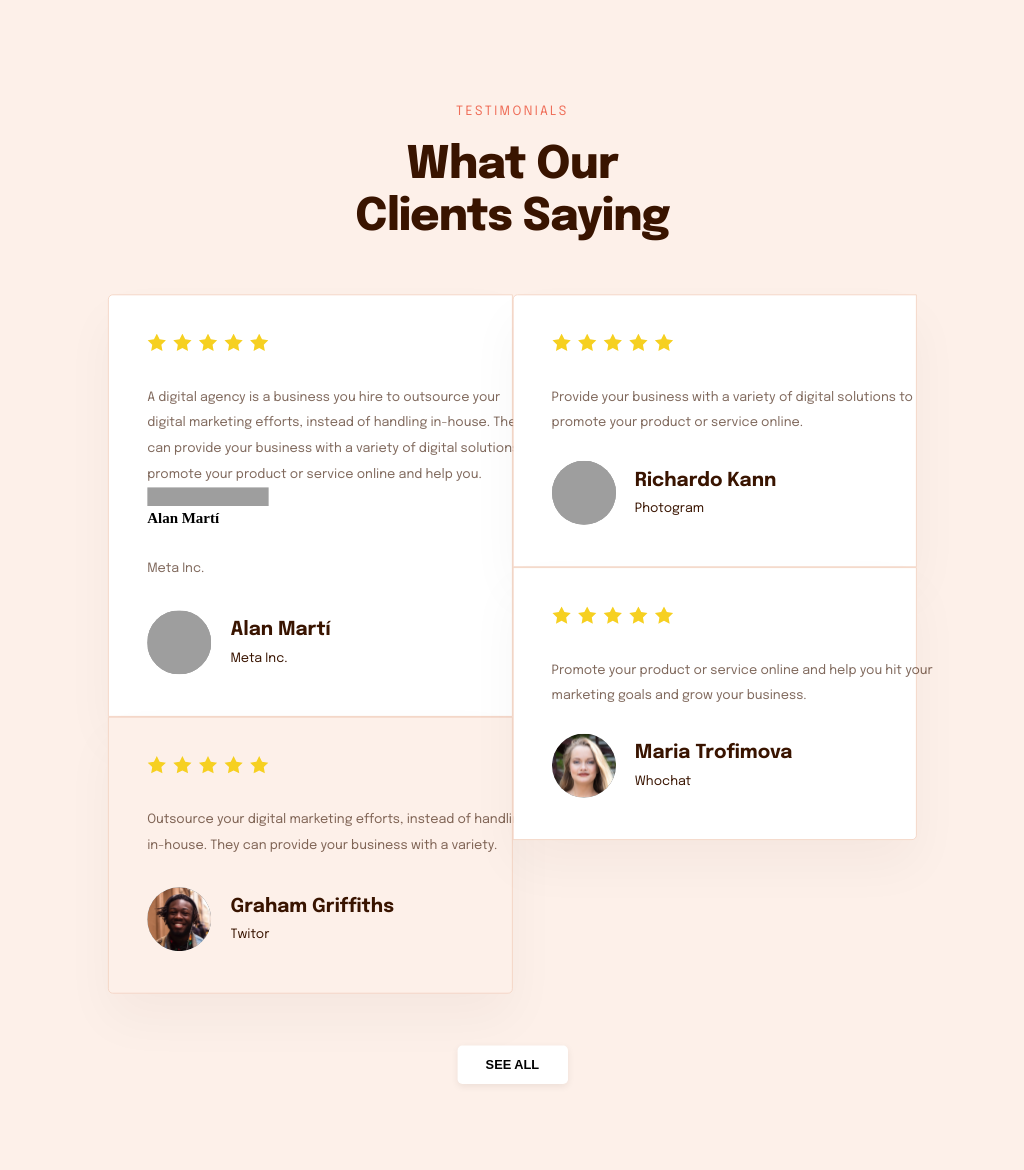
Repository: NatiqSamiyev/image-task
Page: aboutPage/index.html
An editor plug-in stored every save of this project. The page is shown before and after the next save, followed by the edit.
The browser window is 1280 px wide. The pictures show the whole page, at 80% of full size.
Pictures or frames that could not be fetched are drawn as grey boxes.

Above is the page before, as saved 2023-08-28 15:16:10.

### aboutPage/index.html
<!DOCTYPE html>
<html lang="en">
  <head>
    <meta charset="UTF-8" />
    <meta name="viewport" content="width=device-width, initial-scale=1.0" />
    <title>Document</title>
    <link rel="stylesheet" href="./index.css" />
  </head>
  <body>
    <div class="about-page-container">
      <div class="text-box">
        <h1>Testimonials</h1>

        <h2>What Our Clients Saying</h2>
      </div>

      <div class="image-box">
        <div class="left">
          <div class="box">
            <div class="top-box">
              <img src="../image/star (1).svg" alt="" />
              <p>
                A digital agency is a business you hire to outsource your
                digital marketing efforts, instead of handling in-house. They
                can provide your business with a variety of digital solutions to
                promote your product or service online and help you.
              </p>
            </div>
            <div class="bottom-box">
              <img src="../image/Oval.svg" alt="" />
              <div class="user-info">
                <h3>Alan Martí</h3>
                <p>Meta Inc.</p>
              </div>
            </div>

            <ul>
              <li class="first-child">
                <img src="../image/Oval.svg" alt="" />
              </li>

              <li class="last-child">
                <h3>Alan Martí</h3>
                <p>Meta Inc.</p>
              </li>
            </ul>
          </div>

          <div class="box">
            <div>
              <img src="../image/star (1).svg" alt="" />
              <p>
                Outsource your digital marketing efforts, instead of handling
                in-house. They can provide your business with a variety.
              </p>
            </div>

            <ul>
              <li class="first-child">
                <img src="../image/Oval (1).svg" alt="" />
              </li>

              <li class="last-child">
                <h3>Graham Griffiths</h3>
                <p>Twitor</p>
              </li>
            </ul>
          </div>
        </div>

        <div class="right">
          <div class="box">
            <div>
              <img src="../image/star (1).svg" alt="" />
              <p>
                Provide your business with a variety of digital solutions to
                promote your product or service online.
              </p>
            </div>

            <ul>
              <li class="first-child">
                <img src="../image/Oval.svg" alt="" />
              </li>

              <li class="last-child">
                <h3>Richardo Kann</h3>
                <p>Photogram</p>
              </li>
            </ul>
          </div>

          <div class="box">
            <div>
              <img src="../image/star (1).svg" alt="" />
              <p>
                Promote your product or service online and help you hit your
                marketing goals and grow your business.
              </p>
            </div>

            <ul>
              <li class="first-child">
                <img src="../image/Oval (3).svg" alt="" />
              </li>

              <li class="last-child">
                <h3>Maria Trofimova</h3>
                <p>Whochat</p>
              </li>
            </ul>
          </div>
        </div>
      </div>

      <div class="bottom">
        <button>SEE ALL</button>
      </div>
    </div>
  </body>
</html>

### aboutPage/index.css
@import url("https://fonts.googleapis.com/css2?family=Epilogue:wght@400;700;800&family=Roboto+Slab:wght@700&family=Roboto:wght@400;700&display=swap");
* {
  margin: 0;
  padding: 0;
  box-sizing: border-box;
}

.about-page-container {
  width: 100%;
  padding: 124px 134px 108px 135px;
  background-color: #fdf0e9;
  min-height: 100vh;
}

.about-page-container .text-box h1 {
  margin-bottom: 20px;
  color: var(--text-dark-accent, #ef6d58);
  text-align: center;
  font-feature-settings: "clig" off, "liga" off;
  font-family: Epilogue;
  font-size: 16px;
  font-style: normal;
  font-weight: 400;
  line-height: 32px;
  letter-spacing: 3px;
  text-transform: uppercase;
}

.about-page-container .text-box h2 {
  width: 394px;
  margin: auto;
  color: var(--text-dark, #391400);
  text-align: center;
  font-feature-settings: "clig" off, "liga" off;
  font-family: Epilogue;
  font-size: 56px;
  font-style: normal;
  font-weight: 800;
  line-height: 64px;
  letter-spacing: -1px;
}

.about-page-container .image-box {
  display: flex;
  margin-top: 64px;
}

.about-page-container .image-box .left {
  width: 50%;
}

.about-page-container .image-box .left .box {
  padding: 48px 48px 48px 48px;
  border-radius: 6px 0px 0px 0px;
  border: 1px solid #f3d1bf;
  background: #fff;
  box-shadow: 0px 32px 64px 0px rgba(57, 20, 0, 0.04);
}

.about-page-container .image-box .left .box:last-child {
  background: #fdf0e9;
  border-radius: 0px 0px 6px 6px;
  border: 1px solid #f3d1bf;
}

.about-page-container .image-box .left .box div {
  width: 490px;
}

.about-page-container .image-box .left .box div img {
  width: 152px;
  height: 24px;
}

.about-page-container .image-box .left .box div p {
  margin-top: 36px;
  color: var(--text-dark-gray, rgba(57, 20, 0, 0.64));
  font-feature-settings: "clig" off, "liga" off;
  font-family: Epilogue;
  font-size: 16px;
  font-style: normal;
  font-weight: 400;
  line-height: 32px;
}

.about-page-container .image-box .left .box ul {
  margin-top: 36px;
  display: flex;
  align-items: center;


}

.about-page-container .image-box .left .box ul li {
  list-style-type: none;
}

.about-page-container .image-box .left .box ul li:last-child {
  margin-left: 24px;
}

.about-page-container .image-box .left .box ul li img {
  width: 80px;
  height: 80px;
  border-radius: 80px;
  background: url(<path-to-image>), lightgray 50% / cover no-repeat;
}

.about-page-container .image-box .left .box ul li h3 {
  color: var(--text-dark, #391400);
  font-feature-settings: "clig" off, "liga" off;
  font-family: Epilogue;
  font-size: 24px;
  font-style: normal;
  font-weight: 700;
  line-height: 32px;
}

.about-page-container .image-box .left .box ul li p {
  margin-top: 3px;
  color: var(--text-dark, #391400);
  font-feature-settings: "clig" off, "liga" off;
  font-family: Epilogue;
  font-size: 16px;
  font-style: normal;
  font-weight: 400;
  line-height: 32px;
}

.about-page-container .image-box .right {
  width: 50%;
  height: 100vh;
}

.about-page-container .image-box .right .box {
  padding: 48px 48px 48px 48px;
  border-radius: 0px 6px 0px 0px;
  border: 1px solid #f3d1bf;
  background: #fdf0e9;
  box-shadow: 0px 32px 64px 0px rgba(57, 20, 0, 0.04);

  padding: 48px 48px 48px 48px;
  border-radius: 6px 0px 0px 0px;
  border: 1px solid #f3d1bf;
  background: #fff;
  box-shadow: 0px 32px 64px 0px rgba(57, 20, 0, 0.04);
}

.about-page-container .image-box .right .box:last-child {
  border-radius: 0px 0px 6px 0px;
  border: 1px solid #f3d1bf;
}

.about-page-container .image-box .right .box div {
  width: 490px;
}

.about-page-container .image-box .right .box div img {
  width: 152px;
  height: 24px;
}

.about-page-container .image-box .right .box div p {
  margin-top: 36px;
  color: var(--text-dark-gray, rgba(57, 20, 0, 0.64));
  font-feature-settings: "clig" off, "liga" off;
  font-family: Epilogue;
  font-size: 16px;
  font-style: normal;
  font-weight: 400;
  line-height: 32px;


}

.about-page-container .image-box .right .box ul {
  margin-top: 31px;
  display: flex;
  align-items: center;
}

.about-page-container .image-box .right .box ul li {
  list-style-type: none;
}

.about-page-container .image-box .right .box ul li:last-child {
  margin-left: 24px;
}

.about-page-container .image-box .right .box ul li img {
  width: 80px;
  height: 80px;
  border-radius: 80px;
  background: url(<path-to-image>), lightgray 50% / cover no-repeat;
}

.about-page-container .image-box .right .box ul li h3 {
  color: var(--text-dark, #391400);
  font-feature-settings: "clig" off, "liga" off;
  font-family: Epilogue;
  font-size: 24px;
  font-style: normal;
  font-weight: 700;
  line-height: 32px;
}

.about-page-container .image-box .right .box ul li p {
  margin-top: 3px;
  color: var(--text-dark, #391400);
  font-feature-settings: "clig" off, "liga" off;
  font-family: Epilogue;
  font-size: 16px;
  font-style: normal;
  font-weight: 400;
  line-height: 32px;
}

.about-page-container .bottom {
  margin-top: 65px;
  text-align: center;
}

.about-page-container .bottom button {
  width: 138px;
  height: 48px;
  border-radius: 6px;
  background: #fff;
  box-shadow: 0px 3px 9px 0px rgba(57, 20, 0, 0.08);
  border: 0px solid #f3d1bf;
  font-size: 16px;
  font-weight: 800;
  line-height: 32px;
}

.image-box .box {
  padding: 48px;
  border: 1px solid #f3d1bf;
  background: #fff;
  box-shadow: 0px 32px 64px 0px rgba(57, 20, 0, 0.04);
}
.image-box .box .top-box img {
  width: 152px;
  height: 24px;
}

.image-box .box .top-box p{
    margin-top: 36px;
  color: var(--text-dark-gray, rgba(57, 20, 0, 0.64));
  font-feature-settings: "clig" off, "liga" off;
  font-family: Epilogue;
  font-size: 16px;
  font-style: normal;
  font-weight: 400;
  line-height: 32px;
}
.image-box .box ul{
  margin-top: 31px;
  display: flex;
  align-items: center;
}
.image-box .box ul li{
  list-style-type: none;
}
.image-box .box .bottom-

After the next save:
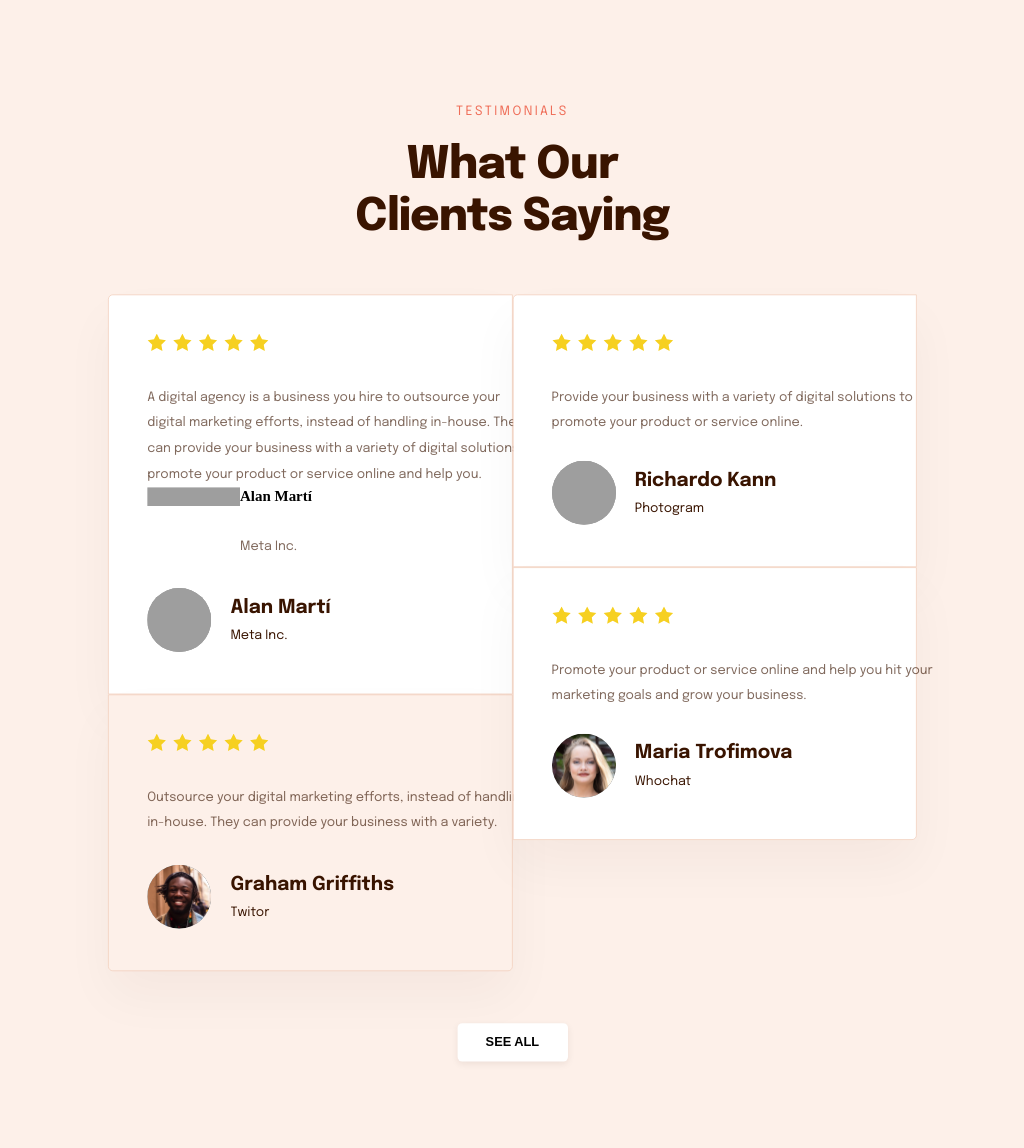
Saved 6 s later.
--- a/aboutPage/index.css
+++ b/aboutPage/index.css
@@ -261,4 +261,6 @@
 .image-box .box ul li{
   list-style-type: none;
 }
-.image-box .box .bottom-
+.image-box .box .bottom-box{
+  display: flex;
+}
